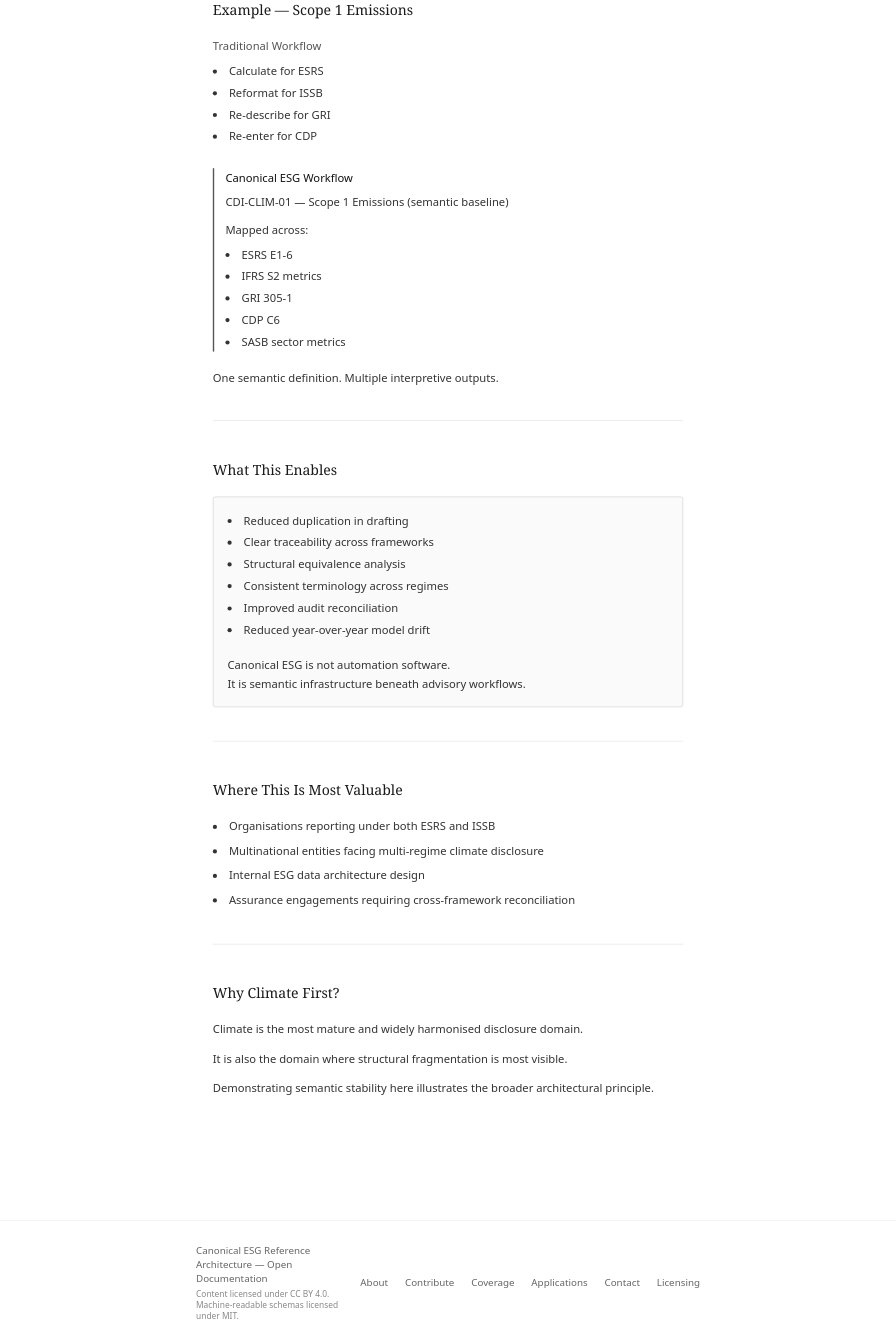
Repository: udaysxd/canonicalesg
Page: /applications/cross-framework-climate-modelling
An editor plug-in stored every save of this project. The page is shown before and after the next save, followed by the edit.
The browser window is 1280 px wide. The pictures show the part of the page from y = 2546 to 4466 px (the page is 4466 px tall before and 4462 px after), at 70% of full size.
The project was rebuilt for these pictures with package versions that can differ from the ones it lists, and the page was loaded fresh each time. The framework's server and built-in components were replaced by stand-ins that run in the browser. Also part of the build but not shown: next.config.ts.

Above is the page before, as saved 2026-02-09 01:39:34.

After the next save:
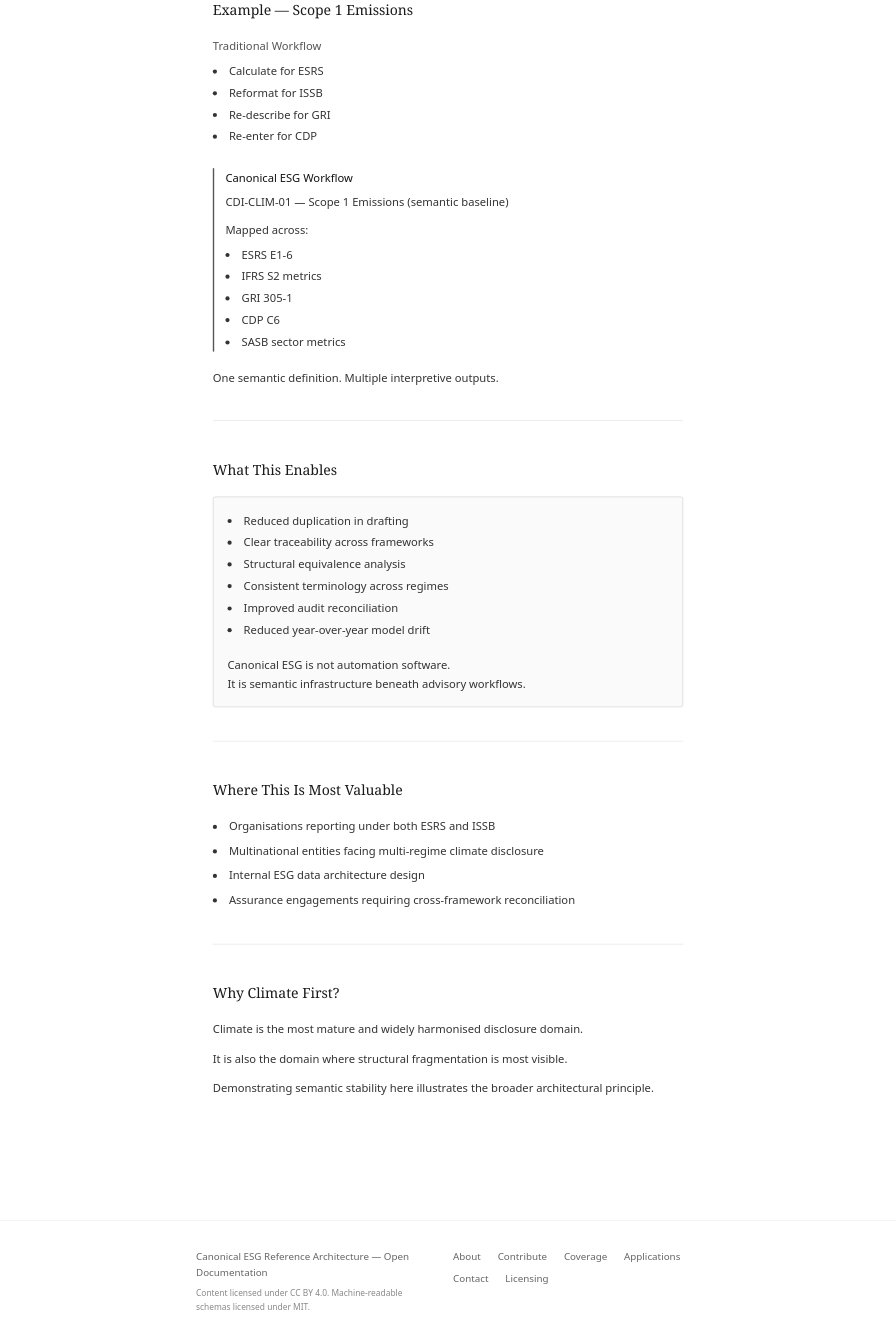
Saved 6 min 19 s later.
--- a/src/app/layout.tsx
+++ b/src/app/layout.tsx
@@ -39,13 +39,13 @@
         </header>
         {children}
         <footer className="border-t border-[#eee] mt-20">
-          <div className="max-w-3xl mx-auto px-6 py-8">
-            <div className="flex flex-col sm:flex-row justify-between items-start sm:items-center gap-4">
-              <div>
-                <p className="text-sm text-[#666]">Canonical ESG Reference Architecture — Open Documentation</p>
-                <p className="text-xs text-[#888] mt-1">Content licensed under CC BY 4.0. Machine-readable schemas licensed under MIT.</p>
+          <div className="max-w-3xl mx-auto px-6 py-10">
+            <div className="flex flex-col lg:flex-row justify-between items-start gap-8">
+              <div className="max-w-md">
+                <p className="text-sm text-[#666] leading-relaxed">Canonical ESG Reference Architecture — Open Documentation</p>
+                <p className="text-xs text-[#888] mt-2 leading-relaxed">Content licensed under CC BY 4.0. Machine-readable schemas licensed under MIT.</p>
               </div>
-              <ul className="flex gap-6 text-sm">
+              <ul className="flex flex-wrap gap-x-6 gap-y-3 text-sm">
                 <li><a href="/about" className="text-[#666] hover:text-[#1a1a1a] hover:underline">About</a></li>
                 <li><a href="/contribute" className="text-[#666] hover:text-[#1a1a1a] hover:underline">Contribute</a></li>
                 <li><a href="/framework-coverage" className="text-[#666] hover:text-[#1a1a1a] hover:underline">Coverage</a></li>
